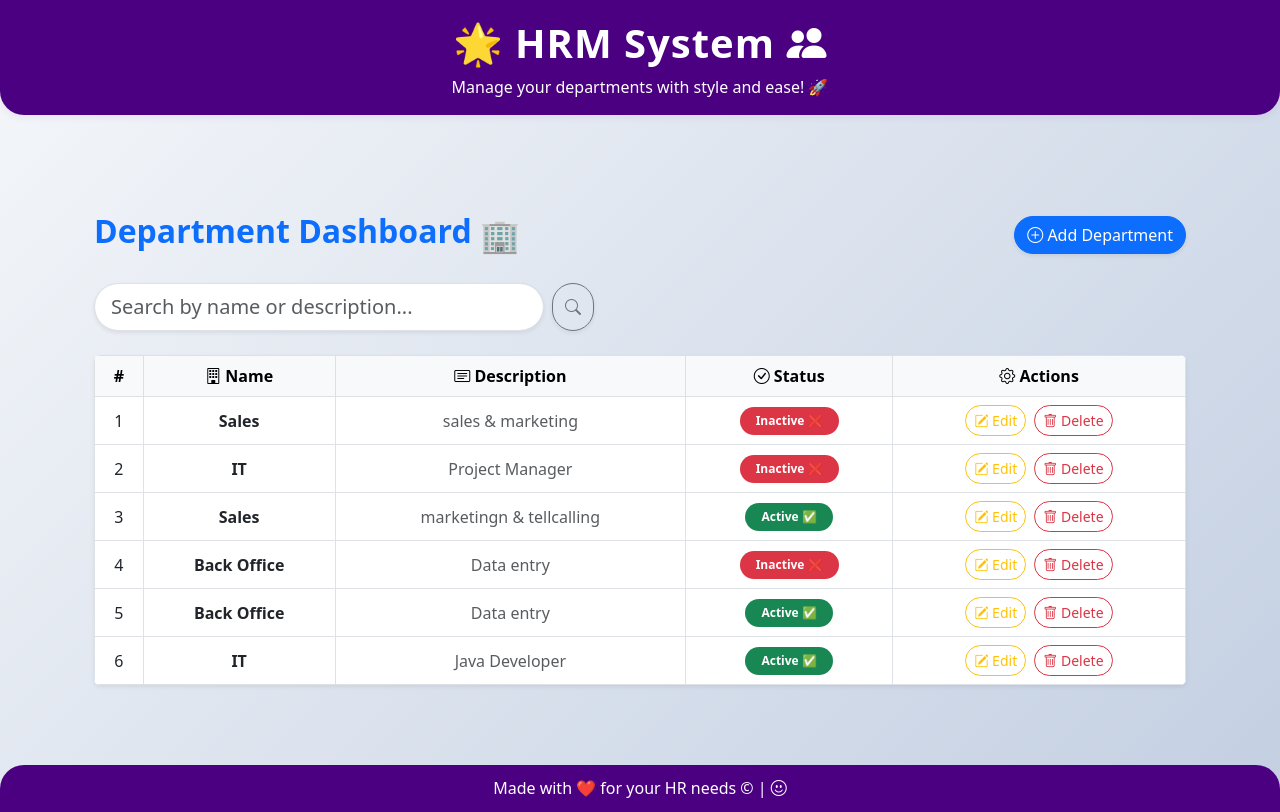
Repository: rtrupti09/HRMS
Page: http://localhost/departments/
The author's editor kept a copy of each file at every save. The page is drawn from the files as they stood at one save, then again after the next save.
The browser window is 1280 px wide. The pictures show the whole page.
The page is served by the project's application, run on Django 5.2 (hrm_system/manage.py). The first stored user is signed in. The page reads the database file committed with the project.

Above is the page before, as saved 2025-06-22 15:41:53.

After the next save:
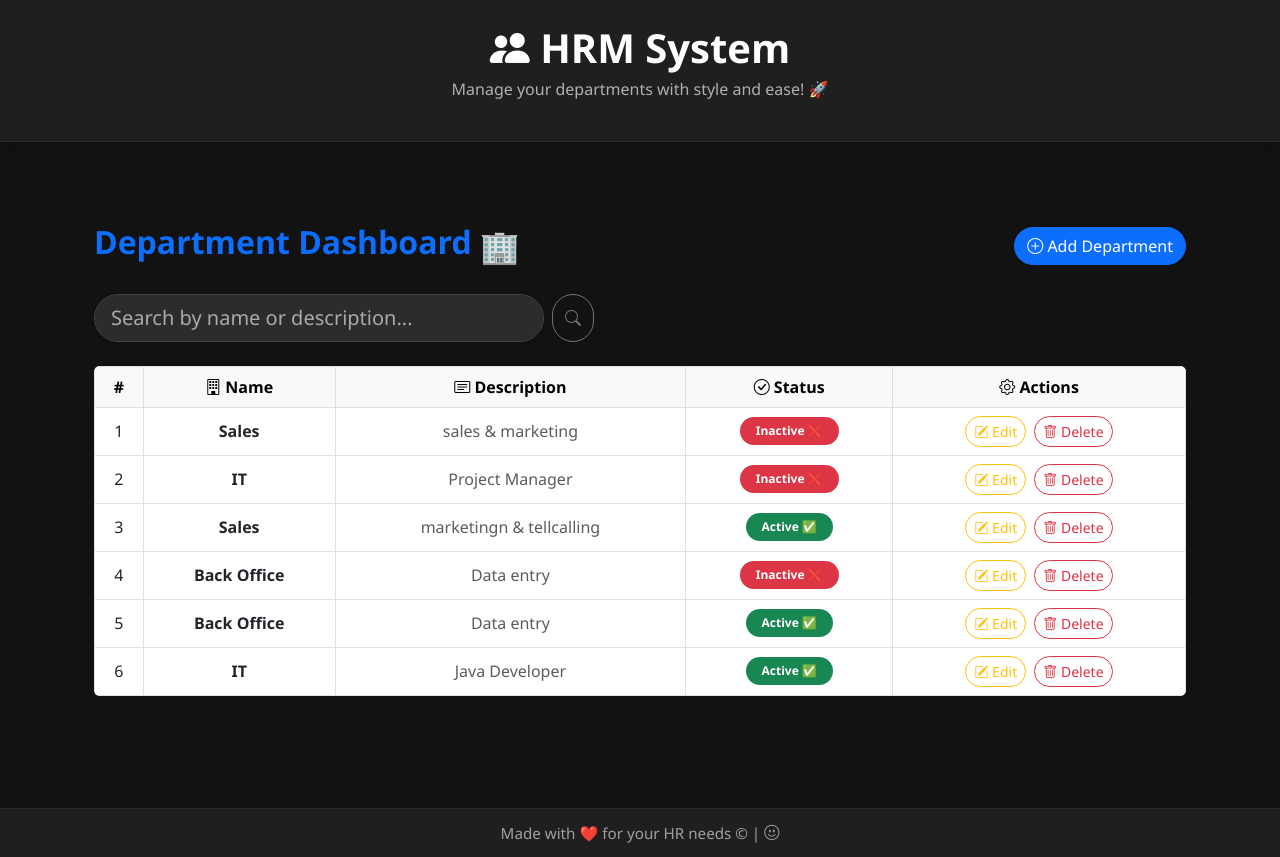
Saved 81 s later.
--- a/hrm_system/templates/base.html
+++ b/hrm_system/templates/base.html
@@ -1,57 +1,123 @@
-<!-- templates/base.html -->
 <!DOCTYPE html>
 <html lang="en">
 <head>
     <meta charset="UTF-8">
     <title>HRM System</title>
     <meta name="viewport" content="width=device-width, initial-scale=1">
+
+    <!-- Bootstrap & Icons -->
     <link href="https://cdn.jsdelivr.net/npm/bootstrap@5.3.0/dist/css/bootstrap.min.css" rel="stylesheet">
     <link rel="stylesheet" href="https://cdn.jsdelivr.net/npm/bootstrap-icons@1.10.5/font/bootstrap-icons.css">
+
     <style>
         body {
-            background: linear-gradient(135deg, #f5f7fa 0%, #c3cfe2 100%);
+            background-color: #121212;
+            color: #e0e0e0;
             min-height: 100vh;
+            font-family: 'Segoe UI', sans-serif;
         }
+
+        /* Header */
         .hrm-header {
-            background: #4B0082;
-            color: #fff;
-            padding: 1.2rem 0 1rem 0;
-            border-radius: 0 0 24px 24px;
-            box-shadow: 0 2px 8px rgba(75,0,130,0.08);
-            margin-bottom: 2rem;
+            background: #1f1f1f;
+            padding: 1.5rem 0;
+            border-bottom: 1px solid #2c2c2c;
+            box-shadow: 0 2px 10px rgba(0, 0, 0, 0.3);
         }
-        .hrm-footer {
-            background: #4B0082;
-            color: #fff;
-            text-align: center;
-            padding: 0.7rem 0;
-            border-radius: 24px 24px 0 0;
-            margin-top: 2rem;
+
+        .hrm-header h1 {
+            color: #ffffff;
+            font-weight: bold;
+            margin-bottom: 0.3rem;
+        }
+
+        .hrm-header p {
+            color: #b0b0b0;
             font-size: 1rem;
         }
+
+        /* Footer */
+        .hrm-footer {
+            background: #1f1f1f;
+            color: #a0a0a0;
+            text-align: center;
+            padding: 0.8rem 0;
+            border-top: 1px solid #2c2c2c;
+            font-size: 0.95rem;
+            margin-top: 2rem;
+        }
+
+        /* Alerts */
+        .alert {
+            border-radius: 0.5rem;
+        }
+
+        /* Buttons & Inputs */
+        .btn-dark-theme {
+            background-color: #292929;
+            color: #f5f5f5;
+            border: 1px solid #444;
+        }
+
+        .btn-dark-theme:hover {
+            background-color: #3a3a3a;
+            color: #fff;
+        }
+
+        input.form-control, select.form-control, textarea.form-control {
+            background-color: #2c2c2c;
+            color: #f5f5f5;
+            border: 1px solid #444;
+        }
+
+        input.form-control::placeholder {
+            color: #aaaaaa;
+        }
+
+        .container {
+            padding-top: 2rem;
+            padding-bottom: 2rem;
+        }
+
+        /* Link styles */
+        a {
+            color: #87cefa;
+        }
+
+        a:hover {
+            color: #fff;
+        }
     </style>
+
     {% block extra_head %}{% endblock %}
 </head>
 <body>
+
+    <!-- Header -->
     <div class="hrm-header text-center">
-        <h1 style="font-weight:bold; letter-spacing:1px;">🌟 HRM System <i class="bi bi-people-fill"></i></h1>
-        <p class="mb-0">Manage your departments with style and ease! 🚀</p>
+        <h1><i class="bi bi-people-fill"></i> HRM System</h1>
+        <p>Manage your departments with style and ease! 🚀</p>
     </div>
-    <div class="container pt-3">
+
+    <!-- Page Content -->
+    <div class="container">
         {% if messages %}
-        <div>
             {% for message in messages %}
                 <div class="alert alert-{{ message.tags }} alert-dismissible fade show" role="alert">
                     {{ message }}
                     <button type="button" class="btn-close" data-bs-dismiss="alert"></button>
                 </div>
             {% endfor %}
-        </div>
         {% endif %}
         {% block content %}{% endblock %}
     </div>
+
+    <!-- Footer -->
     <div class="hrm-footer">
-        <span>Made with ❤️ for your HR needs &copy; {{ now|date:'Y' }} | <i class="bi bi-emoji-smile"></i></span>
+        Made with ❤️ for your HR needs &copy; {{ now|date:'Y' }} | <i class="bi bi-emoji-smile"></i>
     </div>
+
+    <!-- Bootstrap JS -->
+    <script src="https://cdn.jsdelivr.net/npm/bootstrap@5.3.0/dist/js/bootstrap.bundle.min.js"></script>
 </body>
 </html>

After the save that followed:
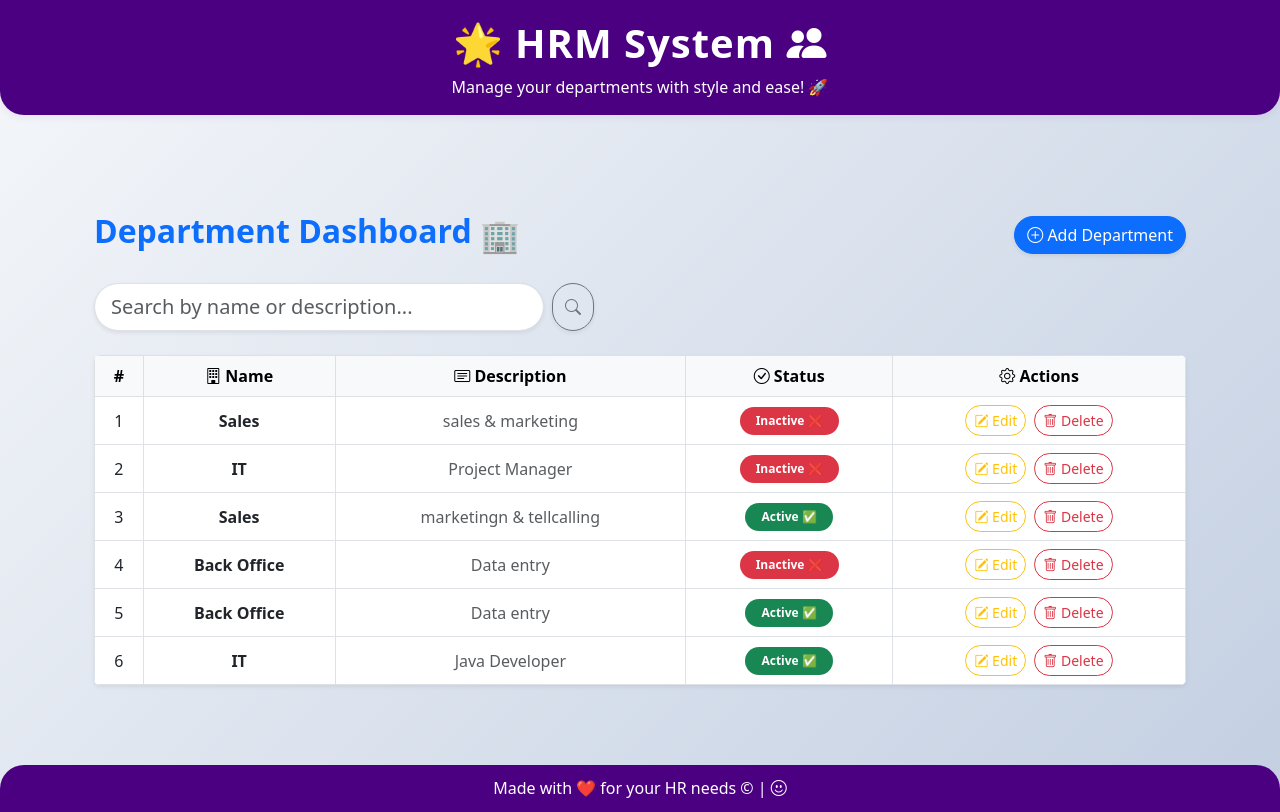
Saved 21 s later.
--- a/hrm_system/templates/base.html
+++ b/hrm_system/templates/base.html
@@ -1,123 +1,57 @@
+<!-- templates/base.html -->
 <!DOCTYPE html>
 <html lang="en">
 <head>
     <meta charset="UTF-8">
     <title>HRM System</title>
     <meta name="viewport" content="width=device-width, initial-scale=1">
-
-    <!-- Bootstrap & Icons -->
     <link href="https://cdn.jsdelivr.net/npm/bootstrap@5.3.0/dist/css/bootstrap.min.css" rel="stylesheet">
     <link rel="stylesheet" href="https://cdn.jsdelivr.net/npm/bootstrap-icons@1.10.5/font/bootstrap-icons.css">
-
     <style>
         body {
-            background-color: #121212;
-            color: #e0e0e0;
+            background: linear-gradient(135deg, #f5f7fa 0%, #c3cfe2 100%);
             min-height: 100vh;
-            font-family: 'Segoe UI', sans-serif;
         }
-
-        /* Header */
         .hrm-header {
-            background: #1f1f1f;
-            padding: 1.5rem 0;
-            border-bottom: 1px solid #2c2c2c;
-            box-shadow: 0 2px 10px rgba(0, 0, 0, 0.3);
+            background: #4B0082;
+            color: #fff;
+            padding: 1.2rem 0 1rem 0;
+            border-radius: 0 0 24px 24px;
+            box-shadow: 0 2px 8px rgba(75,0,130,0.08);
+            margin-bottom: 2rem;
         }
-
-        .hrm-header h1 {
-            color: #ffffff;
-            font-weight: bold;
-            margin-bottom: 0.3rem;
-        }
-
-        .hrm-header p {
-            color: #b0b0b0;
+        .hrm-footer {
+            background: #4B0082;
+            color: #fff;
+            text-align: center;
+            padding: 0.7rem 0;
+            border-radius: 24px 24px 0 0;
+            margin-top: 2rem;
             font-size: 1rem;
         }
-
-        /* Footer */
-        .hrm-footer {
-            background: #1f1f1f;
-            color: #a0a0a0;
-            text-align: center;
-            padding: 0.8rem 0;
-            border-top: 1px solid #2c2c2c;
-            font-size: 0.95rem;
-            margin-top: 2rem;
-        }
-
-        /* Alerts */
-        .alert {
-            border-radius: 0.5rem;
-        }
-
-        /* Buttons & Inputs */
-        .btn-dark-theme {
-            background-color: #292929;
-            color: #f5f5f5;
-            border: 1px solid #444;
-        }
-
-        .btn-dark-theme:hover {
-            background-color: #3a3a3a;
-            color: #fff;
-        }
-
-        input.form-control, select.form-control, textarea.form-control {
-            background-color: #2c2c2c;
-            color: #f5f5f5;
-            border: 1px solid #444;
-        }
-
-        input.form-control::placeholder {
-            color: #aaaaaa;
-        }
-
-        .container {
-            padding-top: 2rem;
-            padding-bottom: 2rem;
-        }
-
-        /* Link styles */
-        a {
-            color: #87cefa;
-        }
-
-        a:hover {
-            color: #fff;
-        }
     </style>
-
     {% block extra_head %}{% endblock %}
 </head>
 <body>
-
-    <!-- Header -->
     <div class="hrm-header text-center">
-        <h1><i class="bi bi-people-fill"></i> HRM System</h1>
-        <p>Manage your departments with style and ease! 🚀</p>
+        <h1 style="font-weight:bold; letter-spacing:1px;">🌟 HRM System <i class="bi bi-people-fill"></i></h1>
+        <p class="mb-0">Manage your departments with style and ease! 🚀</p>
     </div>
-
-    <!-- Page Content -->
-    <div class="container">
+    <div class="container pt-3">
         {% if messages %}
+        <div>
             {% for message in messages %}
                 <div class="alert alert-{{ message.tags }} alert-dismissible fade show" role="alert">
                     {{ message }}
                     <button type="button" class="btn-close" data-bs-dismiss="alert"></button>
                 </div>
             {% endfor %}
+        </div>
         {% endif %}
         {% block content %}{% endblock %}
     </div>
-
-    <!-- Footer -->
     <div class="hrm-footer">
-        Made with ❤️ for your HR needs &copy; {{ now|date:'Y' }} | <i class="bi bi-emoji-smile"></i>
+        <span>Made with ❤️ for your HR needs &copy; {{ now|date:'Y' }} | <i class="bi bi-emoji-smile"></i></span>
     </div>
-
-    <!-- Bootstrap JS -->
-    <script src="https://cdn.jsdelivr.net/npm/bootstrap@5.3.0/dist/js/bootstrap.bundle.min.js"></script>
 </body>
 </html>
